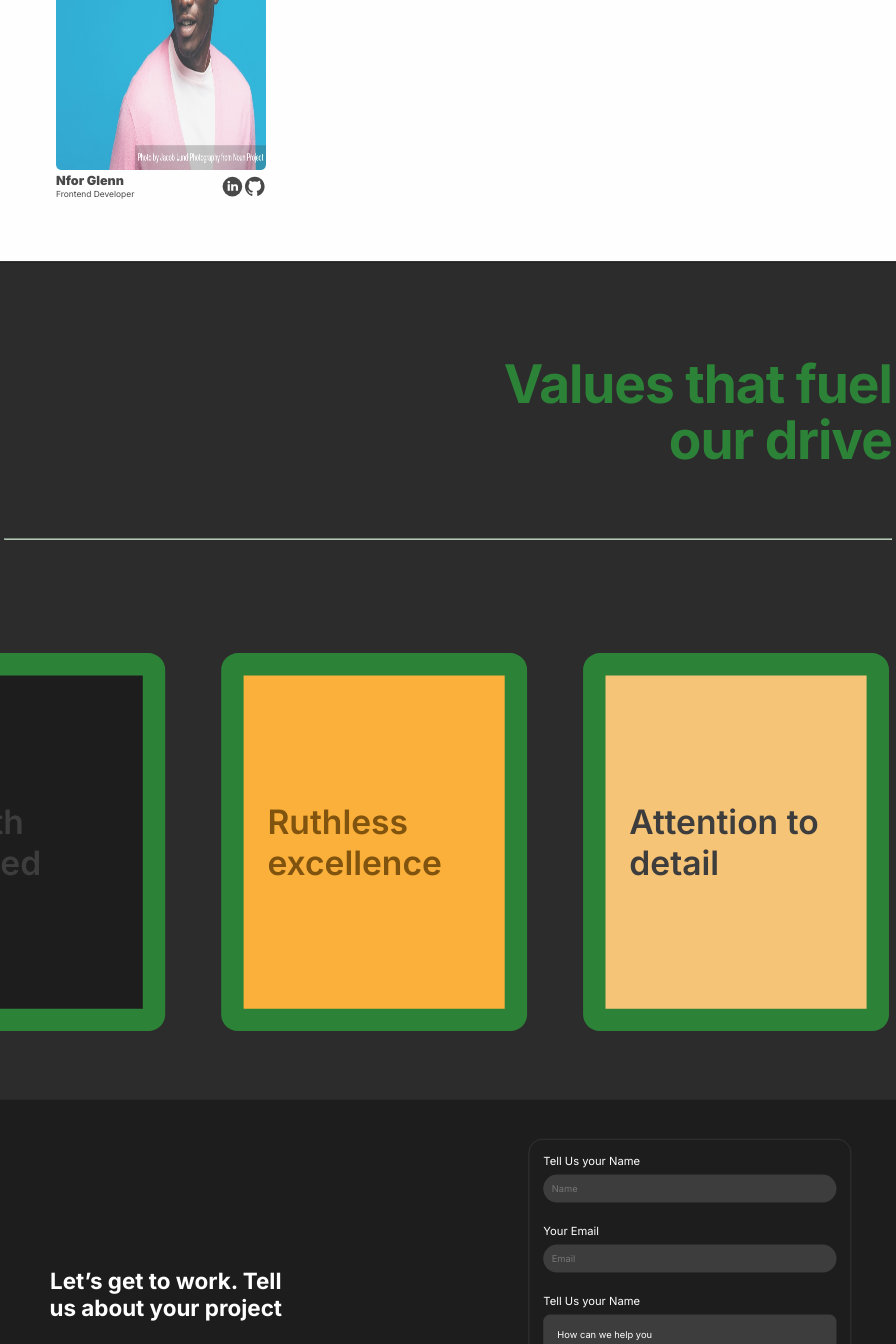
Repository: staruth0/staruth-website
Page: /about (app in frontend/)
An editor plug-in stored every save of this project. The page is shown before and after the next save, followed by the edit.
The browser window is 1280 px wide. The pictures show the part of the page from y = 1820 to 3740 px (the page is 4347 px tall before and 4359 px after), at 70% of full size.
The project was rebuilt for these pictures with package versions that can differ from the ones it lists, and the page was loaded fresh each time. Also part of the build but not shown: frontend/vite.config.js, frontend/src/commons/button.css, frontend/src/commons/Button.jsx, frontend/src/pages/home/components/hero_section/hero.jsx, frontend/src/pages/home/components/about_section/about.jsx, frontend/src/pages/home/components/what_we_do/HomeServiceCard.jsx, frontend/src/pages/home/components/what_we_do/what.jsx, frontend/src/pages/home/components/slidable_section/slidable.css and 25 more.

Above is the page before, as saved 2024-09-23 12:52:39.

After the next save:
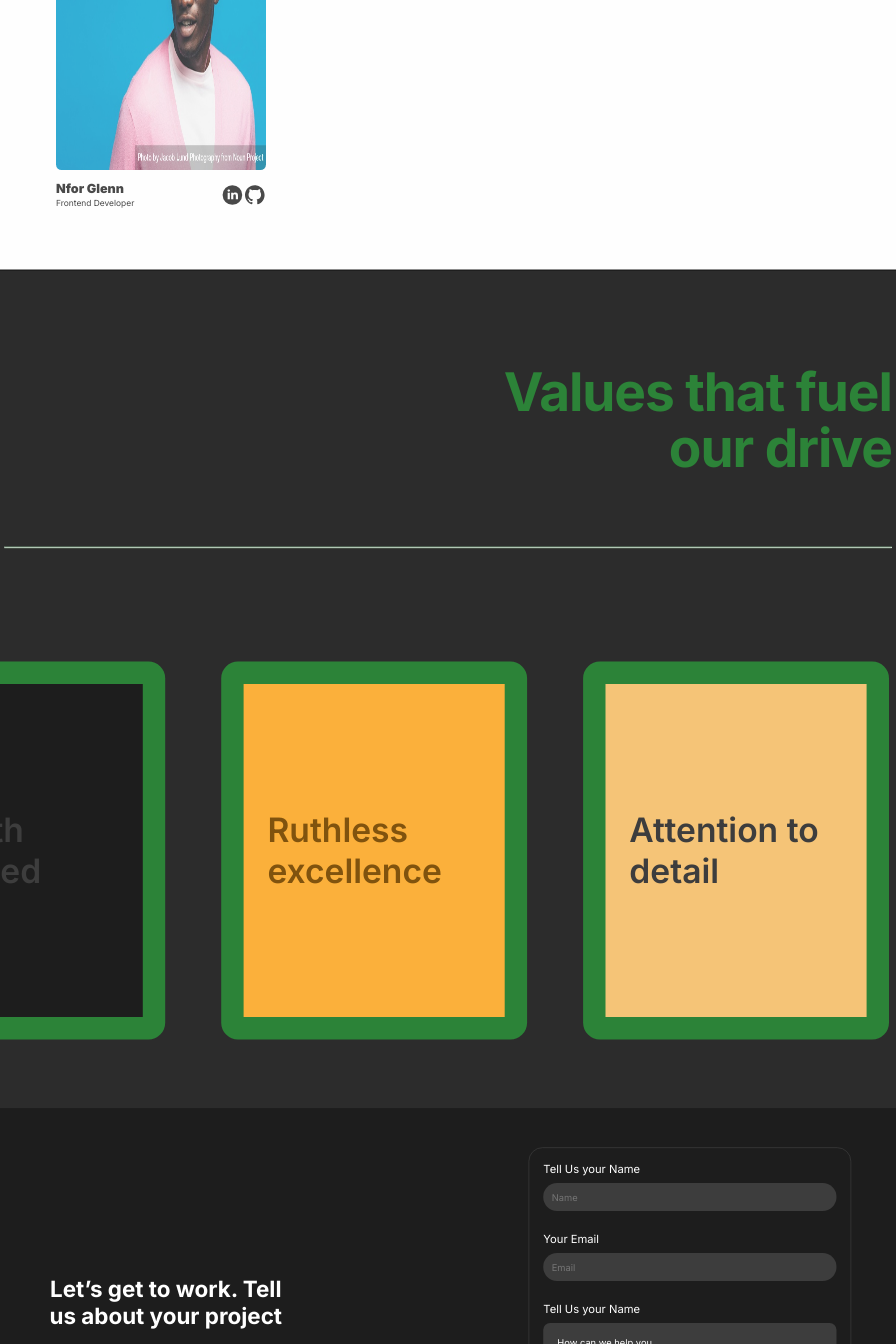
Saved 8 s later.
--- a/frontend/src/pages/about/components/meet_team/meet_team.css
+++ b/frontend/src/pages/about/components/meet_team/meet_team.css
@@ -67,7 +67,7 @@
   display: flex;
   flex-direction: column;
   align-items: flex-start;
-  gap: var(--sds-size-space-300);
+  gap:12px;
   opacity: 0.8;
 }
 .about-meet-team-section-content-membersPhotoOne {
